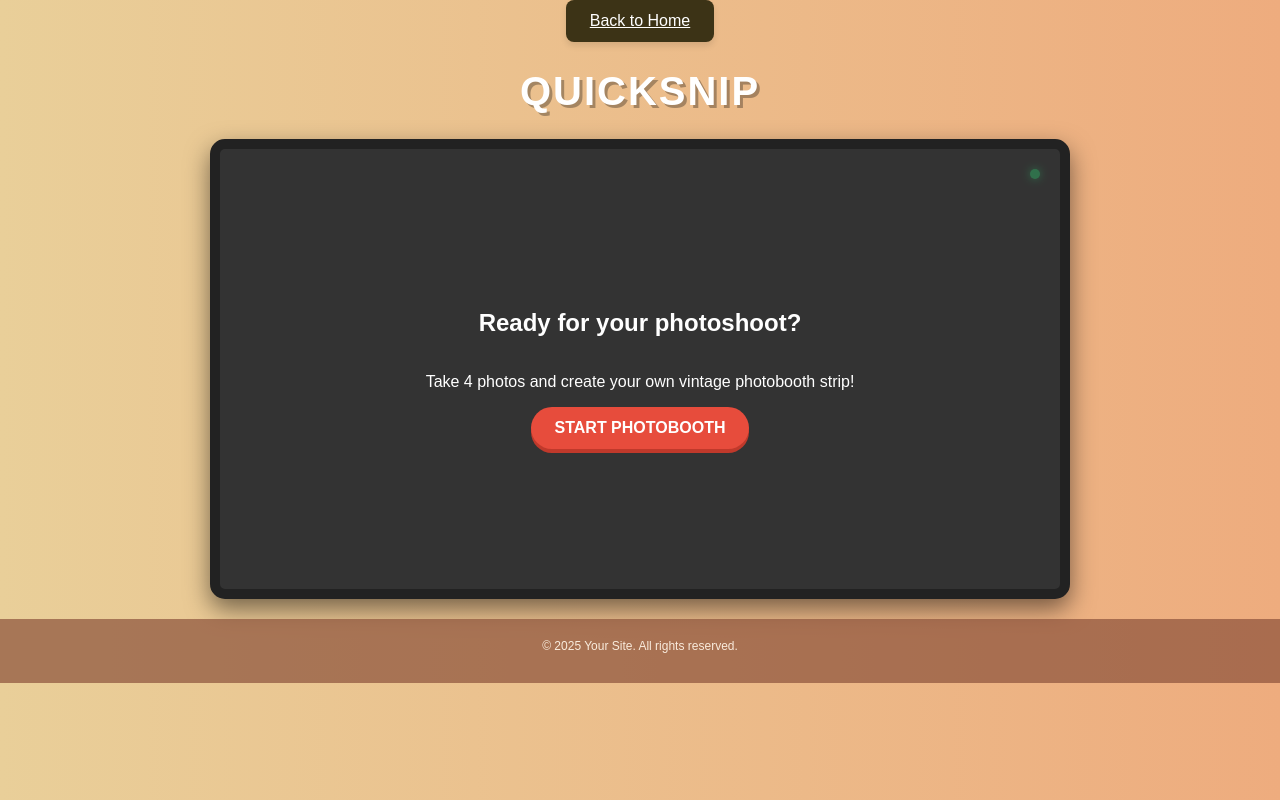
Repository: Strawb3rryjam/QuickSnip
Page: photobooth.html
These files come from the project's save history. The page is drawn as it stood at one moment and after the next save; the edit follows.
The browser window is 1280 px wide. The pictures show the whole page.
Some web fonts or font styles are not loaded; a fallback is used.

Above is the page before, as saved 2025-05-09 11:10:02.

After the next save:
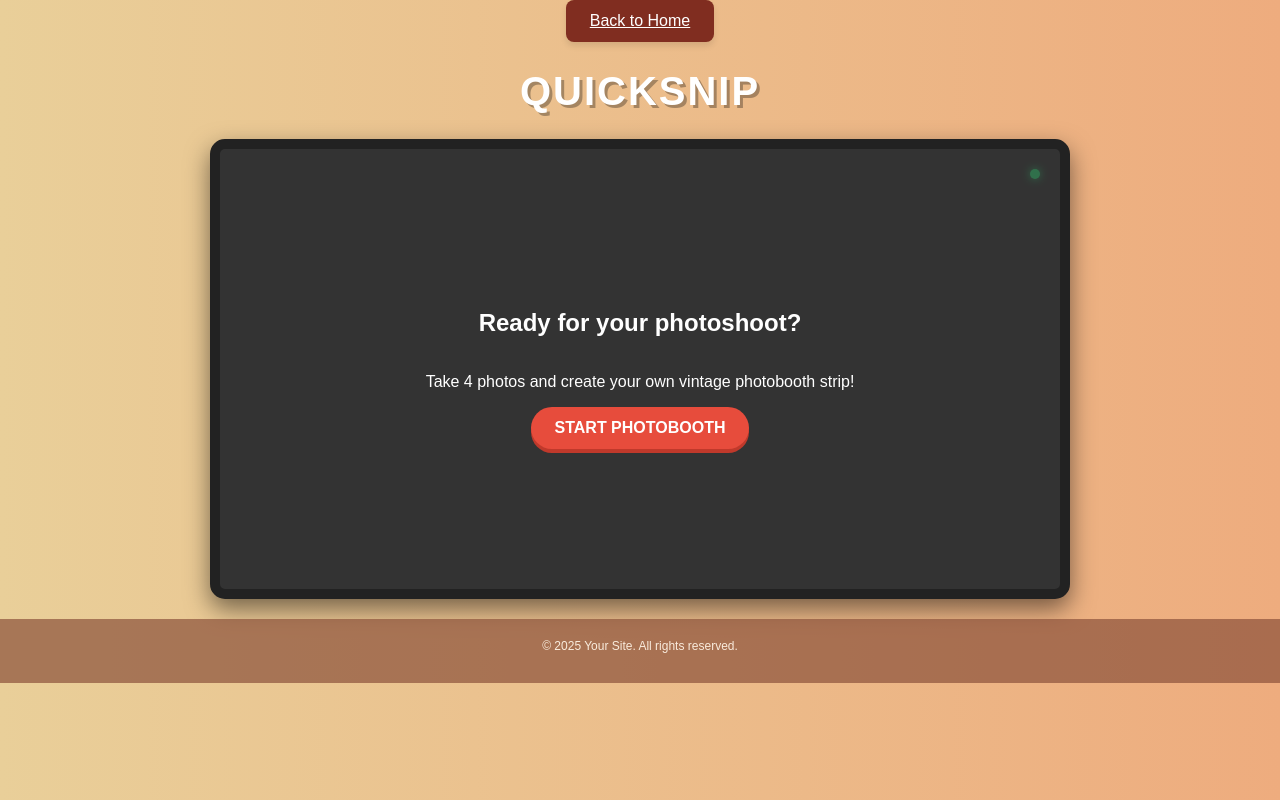
Saved 29 s later.
--- a/styles.css
+++ b/styles.css
@@ -64,7 +64,7 @@ h1 {
 
 
 #home {
-  background-color: #3C3316;
+  background-color: #802d20;
   color: white;
   border: none;
   padding: 12px 24px;
